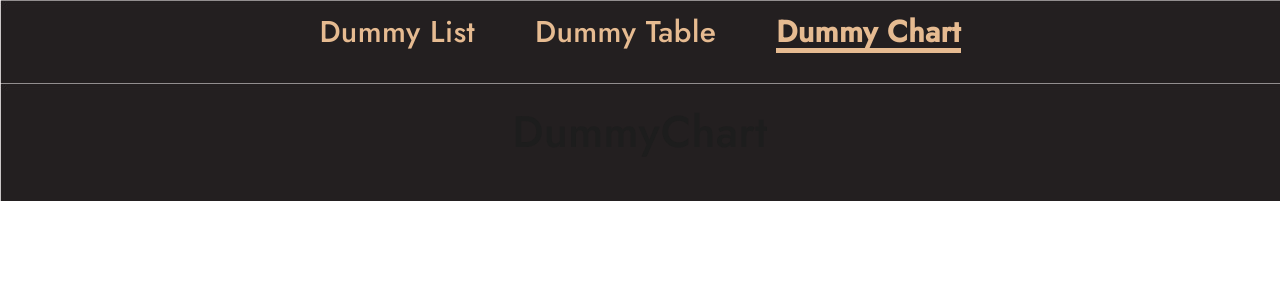
Repository: Vadim-27/backendless
Page: /tabs/dummyChart
The author's editor kept a copy of each file at every save. The page is drawn from the files as they stood at one save, then again after the next save.
The browser window is 1280 px wide. The pictures show the whole page.
The project was rebuilt for these pictures with package versions that can differ from the ones it lists, and the page was loaded fresh each time.

Above is the page before, as saved 2023-10-28 16:25:38.

### src/index.js
import React from 'react';
import ReactDOM from 'react-dom/client';
import { BrowserRouter } from 'react-router-dom';
import { App } from 'App';
import './index.scss';

ReactDOM.createRoot(document.getElementById('root')).render(
  <React.StrictMode>
    <BrowserRouter basename='/'>
    <App />
    </BrowserRouter>
  </React.StrictMode>
)

### src/App.jsx
import { Routes, Route } from "react-router-dom";
import { lazy } from "react";

import { Suspense } from "react";

const Navbar = lazy(() => import('modules/Navbar/Navbar'));
const DummyListPage = lazy(() => import('Pages/DummyListPage/DummyListPage'));
const DummyChartPage = lazy(() => import('Pages/DummyChartPage/DummyChartPage'));
const DummyTablePage = lazy(() => import('Pages/DummyTablePage/DummyTablePage'));
const NotFoundPage = lazy(() => import('Pages/NotFoundPage/NotFoundPage'));


export const App = () => {
  return (
    <>
      <Suspense>
        <Navbar />
        <Routes>
          <Route path="tabs/dummyList" element={<DummyListPage />} />
          <Route path="tabs/dummyChart" element={<DummyChartPage />} />
          <Route path="tabs/dummyTable" element={<DummyTablePage />} />
          <Route path="*" element={<NotFoundPage />} />
        </Routes>
      </Suspense>
    </>
  );
};

### src/index.scss
@import './utils/base.scss';
@import './utils/normalize.scss';
@import './utils/variables.scss';
@import './utils/fonts.scss';

### src/modules/Navbar/Navbar.jsx
import { NavLink, Outlet } from "react-router-dom";
import tabs from "./tabs";

import css from './navbar.module.scss'

const Navbar = () => {
   const sortedTabs = [...tabs].sort((a, b) => a.order - b.order);

  const navbarList = sortedTabs.map(({ id, title, path }) => (
    <li key={id}>
      <NavLink className={css.link} to={path}>
        {title}
      </NavLink>
    </li>
  ));

  return (
    <div className='container'>
      <ul className={css.menu }>{navbarList}</ul>
      <Outlet />
    </div>
  );
}
export default Navbar;

### src/Pages/DummyChartPage/DummyChartPage.jsx

import DummyChart from "modules/DummyChart/DummyChart";

const DummyChartPage = () => {
  return <>
  <DummyChart/>
  </>
}
export default DummyChartPage;

### src/utils/base.scss
body {
  font-size: 14px;
  letter-spacing: 0.03em;
  margin: 0;
}

button {
  cursor: pointer;
}

a {
  text-decoration: none;
  outline: none;
}

h1,
h2,
h4,
h5 {
  margin-top: 0;
  margin-bottom: 0;
}

p {
  margin-bottom: 0;
  margin-top: 0;
}

ul {
  padding: 0;
  margin-top: 0;
  margin: 0;
  margin-bottom: 0;
  list-style: none;
}

img {
  display: block;
  max-width: 100%;
  height: auto;
}
.container {
  box-sizing: content-box;

  margin-left: auto;
  margin-right: auto;
  padding-right: 16px;
  padding-bottom: 20px;
  padding-left: 16px;
  background-image: url(../../assets/img/landing_page_template_with_flowing_lines_design_2805.jpg);
}

### src/utils/normalize.scss
::after,
::before {
  box-sizing: border-box;
}
html {
  -moz-tab-size: 4;
  tab-size: 4;
}
html {
  line-height: 1.15;
  -webkit-text-size-adjust: 100%;
}
body {
  margin: 0;
}
body {
  font-family: system-ui, -apple-system, "Segoe UI", Roboto, Helvetica, Arial,
    sans-serif, "Apple Color Emoji", "Segoe UI Emoji";
}
hr {
  height: 0;
  color: inherit;
}
abbr[title] {
  text-decoration: underline dotted;
}
b,
strong {
  font-weight: bolder;
}
code,
kbd,
pre,
samp {
  font-family: ui-monospace, SFMono-Regular, Consolas, "Liberation Mono", Menlo,
    monospace;
  font-size: 1em;
}
small {
  font-size: 80%;
}
sub,
sup {
  font-size: 75%;
  line-height: 0;
  position: relative;
  vertical-align: baseline;
}
sub {
  bottom: -0.25em;
}
sup {
  top: -0.5em;
}
table {
  text-indent: 0;
  border-color: inherit;
}
button,
input,
optgroup,
select,
textarea {
  font-family: inherit;
  font-size: 100%;
  line-height: 1.15;
  margin: 0;
}
button,
select {
  text-transform: none;
}
[type="button"],
[type="reset"],
[type="submit"],
button {
  -webkit-appearance: button;
}
::-moz-focus-inner {
  border-style: none;
  padding: 0;
}
:-moz-focusring {
  outline: 1px dotted ButtonText;
}
:-moz-ui-invalid {
  box-shadow: none;
}
legend {
  padding: 0;
}
progress {
  vertical-align: baseline;
}
::-webkit-inner-spin-button,
::-webkit-outer-spin-button {
  height: auto;
}
[type="search"] {
  -webkit-appearance: textfield;
  outline-offset: -2px;
}
::-webkit-search-decoration {
  -webkit-appearance: none;
}
::-webkit-file-upload-button {
  -webkit-appearance: button;
  font: inherit;
}
summary {
  display: list-item;
}

### src/utils/variables.scss
:root {
  --primary-primary: #1D1D1D;
  --primary-secondary: #8C8C8C;
}

### src/utils/fonts.scss
@font-face {
  font-family: "Jost-Regular";
  font-style: normal;
  font-weight: 400;
  font-display: swap;
  src: url("../fonts/Jost-Regular.ttf");
}

@font-face {
  font-family: "Jost-Medium";
  font-style: normal;
  font-weight: 500;
  font-display: swap;
  src: url("../fonts/Jost-Medium.ttf");
}

### src/modules/Navbar/tabs.js
const tabs = [
  {
    id: 'dummyTable',
    title: 'Dummy Table',
    order: 1,
    path: 'tabs/dummyTable',
  },
  {
    id: 'dummyChart',
    title: 'Dummy Chart',
    order: 2,
    path: 'tabs/dummyChart',
  },
  { id: 'dummyList', title: 'Dummy List', order: 0, path: 'tabs/dummyList' },
];

export default tabs;

### src/modules/Navbar/navbar.module.scss
.menu {
    list-style: none;
    display: flex;
    gap: 60px;
    justify-content: center;
}

.link {
    padding-bottom: 5px;
    text-decoration: none;
    color: #E6BB91;
    display: inline-block;
    padding: 10px 0px;
    font-family: Jost-Medium;
font-size: 30px;
font-style: normal;
font-weight: 500;
line-height: normal;
}

.link:global(.active) {
    font-weight: bold;

   position: relative;

}

.link:global(.active)::after {
    content: "";
    position: absolute;
    bottom: 10px;
    left: 0;
    width: 100%;
    border-bottom: 5px solid;
}

### src/modules/DummyChart/DummyChart.jsx
import css from './dummyChart.module.scss'
const DummyChart = () => {
  return (
    <div className="container">
      <h1 className={css.titleSection}>DummyChart</h1>
    </div>
  );
}
export default DummyChart;

### src/modules/DummyChart/dummyChart.module.scss
.titleSection{
  text-align: center;
   padding: 20px;
  color: var(--primary-primary);
font-family: Jost-Medium;
font-size: 44px;
font-style: normal;
font-weight: 500;
line-height: 58px;
}

Loaded but not shown: public/index.html (common file)

After the next save:
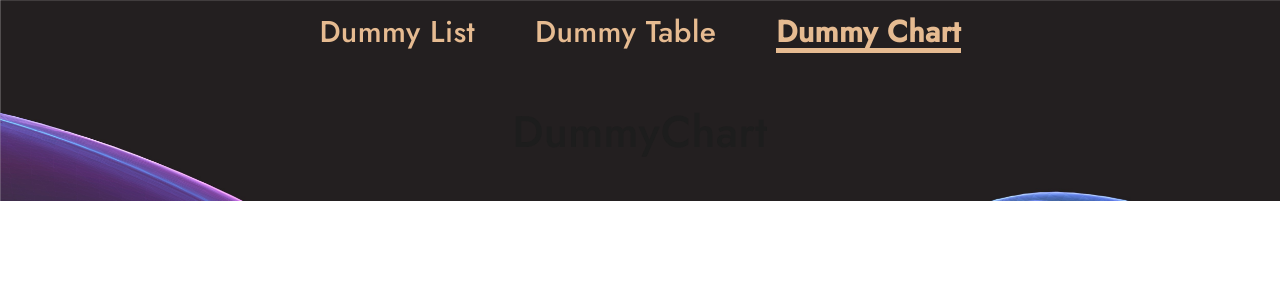
Saved 75 s later.
--- a/src/utils/base.scss
+++ b/src/utils/base.scss
@@ -48,4 +48,7 @@ img {
   padding-bottom: 20px;
   padding-left: 16px;
   background-image: url(../../assets/img/landing_page_template_with_flowing_lines_design_2805.jpg);
+  background-size: cover, cover;
+  background-repeat: no-repeat;
+  background-attachment: fixed;
 }
